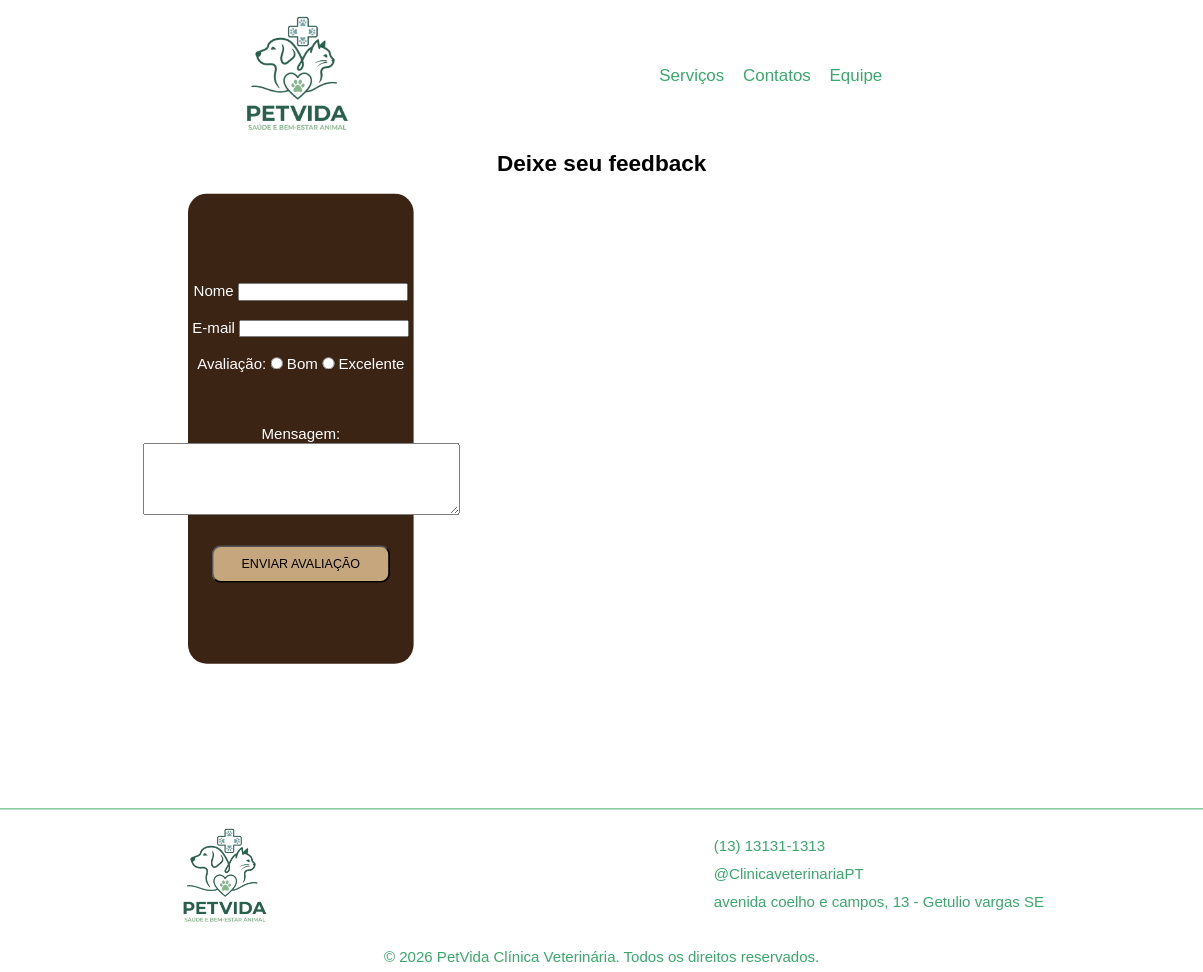
Repository: antonymsantana-design/Veterinario
Page: contatos.html
The author's editor kept a copy of each file at every save. The page is drawn from the files as they stood at one save, then again after the next save.
The browser window is 1280 px wide. The pictures show the whole page, at 94% of full size.

Above is the page before, as saved 2026-10-03 18:42:33.

### contatos.html
<!doctype html>
<html lang="pt-br">

<head>
    <meta charset="UTF-8" />
    <meta name="viewport" content="width=device-width, initial-scale=1.0" />
    <title>Cebola Hair</title>
    <link rel="stylesheet" href="style.css" />
    <script src="script3.js" defer></script>
</head>
<header>
    <div class="conteudoH" id="conteudoH">
        <div class="imagem" id="imagem">
            <img src="image/logo.png" alt="logo" class="logoIMG" id="logoIMG" />
        </div>
        <div class="direitaH">
            <div class="links" id="links">
                <a href="serviços.html" class="aLinks" id="servA">Serviços</a>
                <a href="CONTATOS.HTML" class="aLinks" id="contatosA">Contatos</a>
                <a href="Team.html" class="aLinks" id="contatosA">Equipe</a>
            </div>
        </div>
    </div>
</header>

<body>
    <div class="conteudu" id="conteudu">

        <h2>Deixe seu feedback</h2>
        <br>

        <div class="formu" id="formu">
            <br>

            <form action="https://formsubmit.co/antony.m.santana@aluno.senai.br" method="POST">

                <input type="hidden" name="_subject" value="Nova mensagem do site">
                <input type="hidden" name="_template" value="table">

                <div class="nome">
                    <label for="nome">Nome</label>
                    <input type="text" name="nome" id="nome" required>
                </div>



                <div class="email">
                    <label for="Email">E-mail</label>
                    <input type="email" name="Email" id="Email" required>
                </div>



                <div class="avaliacao">
                    <label>Avaliação:</label>

                    <input type="radio" name="avaliacao" id="bom" value="Bom">
                    <label for="bom">Bom</label>

                    <input type="radio" name="avaliacao" id="excelente" value="Excelente">
                    <label for="excelente">Excelente</label>

                </div>
                <br><br>

                <label for="mensagem">Mensagem:</label>
                <br>
                <textarea name="mensagem" id="mensagem" rows="5" cols="40"></textarea>

                <br><br>

                <input type="hidden" name="_next" value="http://127.0.0.1:5500/sucsses.html">

                <button type="submit" class="buto" onClick="form()">ENVIAR AVALIAÇÃO</button>
            </form>
        </div>
    </div>
</body>
<footer id="footer">
    <div class="cimaF">
        <div class="direita">
            <img src="image/logo.png" alt="logo" class="logoIMGF" id="logoIMG" />
        </div>

        <div class="esquerda">
            <p>(13) 13131-1313</p>
            <p>@ClinicaveterinariaPT</p>
            <p>avenida coelho e campos, 13 - Getulio vargas SE</p>
        </div>
    </div>
    <div class="baixoF">
        <p>© 2026 PetVida Clínica Veterinária. Todos os direitos reservados.</p>
    </div>
</footer>

</html>

### style.css
* {
    padding: 0px;
    margin: 0px;
    font-family: Arial, Helvetica, sans-serif;
}

header {
    background-color: #FFFFFF;
    height: 160px;
    display: flex;
    justify-content: center;
    align-items: center;
}

.conteudoH {
    display: flex;
    justify-content: center;
    align-items: center;
    gap: 300px;
}

.imagem {
    margin-left: 20px;
    margin-top: 5px;
    display: flex;
    justify-content: center;
    align-items: center;
    gap: 30px;
    font-weight: 600;
    font-size: 22px;
}

.logoIMG {
    width: 170px;
    margin-bottom: 10px;
    cursor: pointer;
}

.logoH {
    color: white;

}

.links {
    display: flex;
    gap: 20px;
    justify-content: center;
    padding-right: 130px;
    font-size: 18px;
}

.links a {
    text-decoration: none;
    color: #39A96B;
    transition: 0.5s ease;
}

.aLinks:hover {
    transform: translateY(-5px);
    box-shadow: 0 4px 10px rgba(0, 0, 0, 0.15);
    background-color: #39A96B;
    color: #F5F5F5;
    border-radius: 5px;
    width: 120px;
    height: 30px;
    display: flex;
    justify-content: center;
    align-items: center;
}

.btnDiv {
    display: flex;
}

.btn {
    display: flex;
    justify-content: center;
    width: 140px;
    height: 50px;
    background-color: #22C55E;
    border: none;
    color: white;
    align-items: center;
    border-radius: 8px;
    transition: 0.3s ease;
    cursor: pointer;
    font-size: 14px;
}

.btn:hover {
    transform: translateY(-5px);
    box-shadow: 0 8px 15px rgba(0, 0, 0, 0.4);
}

.direitaH {
    display: flex;
    justify-content: center;
    align-items: center;
}

.conteudo {
    background-image: url(image/Cuidando\ de\ Quem\ Amamos.png);
    background-repeat: no-repeat;
    background-size: cover;
    background-position: center;
    height: 80vh;
    color: white;
}

.card {
    background-color: #FDEEC7;
    width: 270px;
    height: 220px;
    display: flex;
    flex-direction: column;
    justify-content: center;
    align-items: center;
    border-radius: 5px;
}

.cards {
    display: flex;
    justify-content: center;
    gap: 40px;
    padding-top: 20px;
    padding-bottom: 20px;
}

.card h4 {
    color: #22C55E;
}

.icone {
    width: 120px;
    height: 120px;
    padding-bottom: 10px;
}

.Our {
    padding-top: 15px;
    text-align: center;
    padding-bottom: 10px;
}

hr {
    color: #22C55E;
    text-align: center;
    margin-left: 920px;
    margin-right: 920px;
}

.agendar {
    display: flex;
    justify-content: space-around;
    align-items: center;
    padding-bottom: 20px;
}

.form {
    background-color: #ECF2F7;
    width: 600px;
    height: 300px;
    border-radius: 7px;
    display: flex;
    justify-content: center;
    flex-direction: column;
}

.formCima {
    padding-top: 20px;
    display: flex;
    justify-content: center;
    align-items: center;
    flex-direction: column;
}

.quadrado {
    display: grid;
    justify-content: center;
    grid-template-columns: repeat(2, 200px);
    gap: 30px;
    column-gap: 70px;
    margin-right: 40px;
}

.esq {
    font-size: 25px;
}

footer {
    display: flex;
    justify-content: center;
    align-items: center;
    flex-direction: column;
    background-color: #FFFFFF;
    color: #39A96B;
    border-top: 1px solid #39A96B;
}

.AbH2 {
    padding-left: 20px;
    padding-right: 20px;
    padding-bottom: 10px;
    padding-top: 10px;
    text-align: center;
}

.AbH3 {
    padding-left: 20px;
    padding-right: 20px;
    padding-bottom: 10px;
    padding-top: 10px;
    text-align: center;
    margin-left: 425px;
    margin-right: 425px;
}

.topc {
    display: flex;
    justify-content: center;
    align-items: center;
    flex-direction: column;
    text-align: center;
    max-width: 350px;
}

.topics {
    display: flex;
    justify-content: center;
    gap: 100px;
    padding-bottom: 25px;
}

.topcIMG {
    width: 290px;
    height: 260px;
    border-radius: 25px;
    cursor: pointer;
    padding-bottom: 10px;
    padding-top: 10px;
}

.topcH {
    padding-bottom: 10px;
}

.cimaF {
    display: flex;
    justify-content: center;
    gap: 450px;
    align-items: center;
    margin-bottom: 4px;
}

.logoIMGF {
    width: 140px;
    cursor: pointer;
}

.esquerda {
    display: flex;
    flex-direction: column;
    gap: 5px;
}

.formu {
    width: 240px;
    height: 30px;
    border-radius: 5px;
    border: none;
}

.forms {
    width: 500px;
    height: 30px;
    border-radius: 5px;
    border: none;
}

.agendarbtn {
    display: flex;
    justify-content: center;
    align-items: center;
    width: 512px;
    height: 40px;
    background-color: #22C55E;
    border: none;
    color: white;
    border-radius: 8px;
    transition: 0.3s ease;
    cursor: pointer;
    margin-top: 15px;
}

.agendarbtn:hover {
    transform: translateY(-5px);
}

.btnAgendar {
    display: flex;
    justify-content: center;
    align-items: center;
}

/*pagina de serviços*/

.primeiro{
    background-color: #F0F9F4;
    width: 300px;
    padding-bottom: 13px;
    margin-left: 20px;
    text-align: center;
    padding-top: 13px;
    flex-wrap: wrap;
    border-radius: 15px;
}

.cards{
    display: grid;
    justify-content: center;
    grid-template-columns: repeat(3, 400px);
    gap: 50px;
    padding-bottom: 15px;

}
.cards .primeiro img{
    width: 250px;
    height: 250px;
    border-radius: 15px;
}
h1{
    text-align: center;
    margin-top: 20px;
    margin-bottom: 20px;
}
.texto{

    color: #3C2415;
}
.preco{
    color: #e4c8a4;
}

.conteudu {
    text-align: center;
    height: 700px;
}

.formu {
    background-color: #3C2415;
    color: white;
    border-radius: 20px;
    margin-left: 200px;
    margin-right: 200px;
    height: 500px;
    display: flex;
    flex-direction: column;
    justify-content: center;
    align-items: center;
}

.nome {
    padding-bottom: 20px;
}

.email,
.avaliacao {
    padding-bottom: 20px;
}

.buto {
    margin-top: 10px;
    margin-bottom: 10px;
}

.dir{
    padding-top: 2px;
}

.dir h3, p{
    padding-bottom: 7px;
}

.esq{
    padding-top: 13px;
}

.buto{
     color: black;
    background-color: #C6A67D;
     height: 40px;
    width: 190px;
    border-radius: 10px;
}

/* celular */

@media (max-width: 768px) {

    /* header */
    header {
        height: auto;
        padding: 10px 0;
    }

    .conteudoH {
        flex-direction: column;
        padding-right: 0;
        gap: 15px;
    }

    .imagem {
        margin-left: 0;
        margin-top: 0;
        gap: 10px;
    }

    .logoIMG {
        width: 80px;
        height: 80px;
    }

    .logoH {
        font-size: 20px;
    }

    .direitaH {
        flex-direction: column;
        gap: 15px;
    }

    .links {
        padding-right: 0;
        font-size: 16px;
    }


    .conteudo {
        height: 400px;
    }

    .texto {
        padding-left: 25px;
        padding-right: 25px;
        height: 400px;
        font-size: 25px;
    }

    .texto small {
        font-size: 14px;
    }


    .Our {
        font-size: 25px;
    }

    hr {
        margin-left: 30%;
        margin-right: 30%;
    }

    .cards {
        flex-direction: column;
        align-items: center;
        gap: 20px;
    }

    .card {
        width: 80%;
        max-width: 270px;
    }


    .agendar {
        flex-direction: column;
        gap: 30px;
        padding: 30px 20px;
    }

    .esq {
        font-size: 18px;
        text-align: center;
    }

    .esq h1 {
        font-size: 28px;
    }

    .esq p {
        font-size: 15px;
    }

    .form {
        width: 100%;
        max-width: 600px;
        height: auto;
        padding: 20px 0;
    }

    .forms {
        width: 80%;
    }

    .quadrado {
        grid-template-columns: 1fr;
        gap: 15px;
        margin-right: 0;
    }

    .formu {
        width: 80%;
    }

    .quadrado>div {
        width: 100%;
        text-align: center;
    }

    .quadrado label {
        display: block;
        margin-bottom: 5px;
    }

    .agendarbtn {
        width: 80%;
    }


    footer {
        flex-direction: column;
        gap: 20px;
        padding: 20px;
        text-align: center;
    }

    .esquerda {
        align-items: center;
    }
}

Loaded but not shown: script3.js (no stored copy; drawn as an empty file)

After the next save:
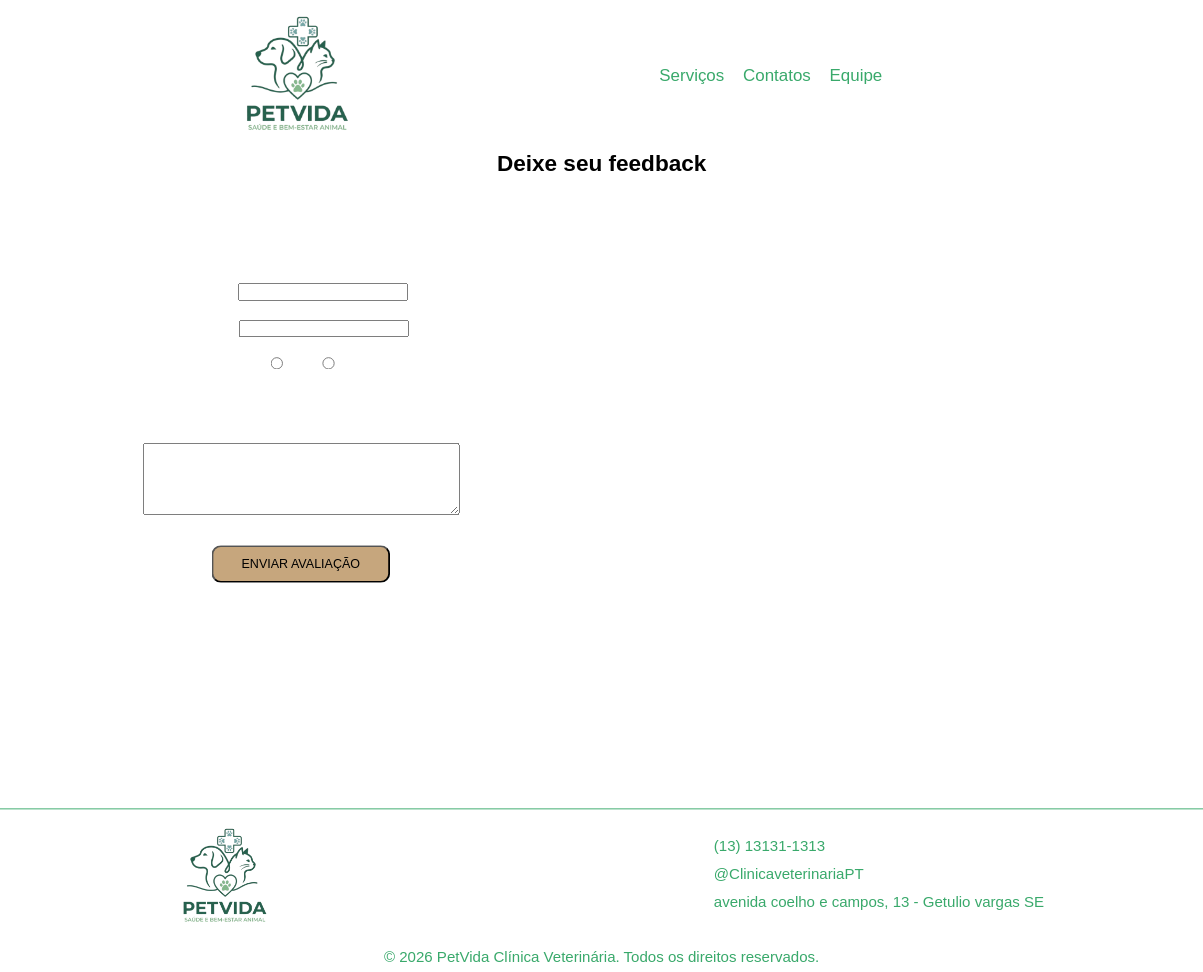
Saved 9 s later.
--- a/style.css
+++ b/style.css
@@ -347,7 +347,6 @@ h1{
 }
 
 .formu {
-    background-color: #3C2415;
     color: white;
     border-radius: 20px;
     margin-left: 200px;
